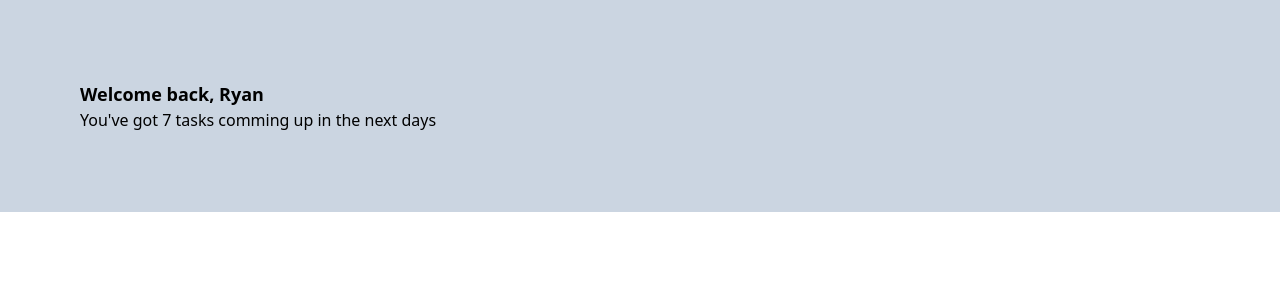
Repository: daohuyhoang9119/TodoApp
Page: /
An editor plug-in stored every save of this project. The page is shown before and after the next save, followed by the edit.
The browser window is 1280 px wide. The pictures show the whole page.
The project was rebuilt for these pictures with package versions that can differ from the ones it lists, and the page was loaded fresh each time. Also part of the build but not shown: vite.config.ts, src/App.css.

Above is the page before, as saved 2023-02-20 15:42:46.

### index.html
<!DOCTYPE html>
<html lang="en">

<head>
  <meta charset="UTF-8" />
  <link rel="icon" type="image/svg+xml" href="/vite.svg" />
  <meta name="viewport" content="width=device-width, initial-scale=1.0" />
  <title>Do It N💲W</title>
</head>

<body>
  <div id="root"></div>
  <script type="module" src="/src/main.tsx"></script>
</body>

</html>

### src/App.tsx
import { useState } from "react";
import "./App.css";
import Header from "./components/Header/Header";

function App() {
  return (
    <div className="w-full p-20 bg-slate-300">
      <Header />
    </div>
  );
}

export default App;

### src/components/Header/Header.tsx
import { useState } from "react";

function Header() {
  return (
    <div className="">
      <h1 className="font-sans text-lg font-semibold">Welcome back, Ryan</h1>
      <p>You've got 7 tasks comming up in the next days</p>
    </div>
  );
}

export default Header;

Loaded but not shown: src/main.tsx (common file); src/index.css (common file); tailwind.config.cjs (common file)

After the next save:
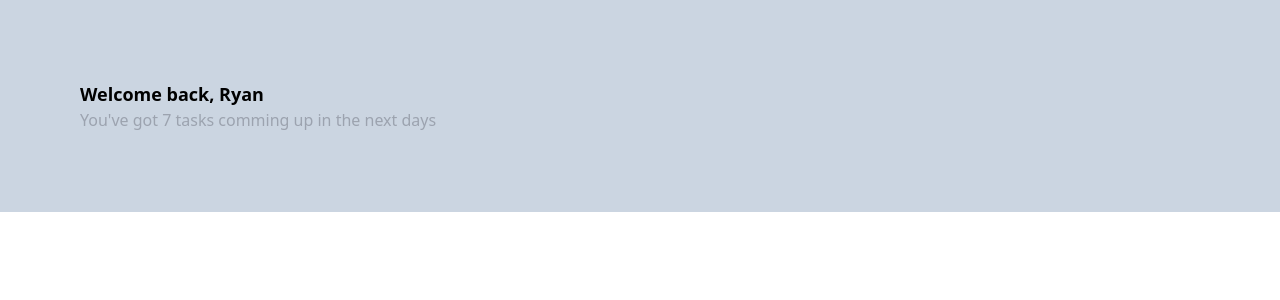
Saved 51 s later.
--- a/src/components/Header/Header.tsx
+++ b/src/components/Header/Header.tsx
@@ -4,7 +4,9 @@ function Header() {
   return (
     <div className="">
       <h1 className="font-sans text-lg font-semibold">Welcome back, Ryan</h1>
-      <p>You've got 7 tasks comming up in the next days</p>
+      <p className="font-sans text-gray-400">
+        You've got 7 tasks comming up in the next days
+      </p>
     </div>
   );
 }
